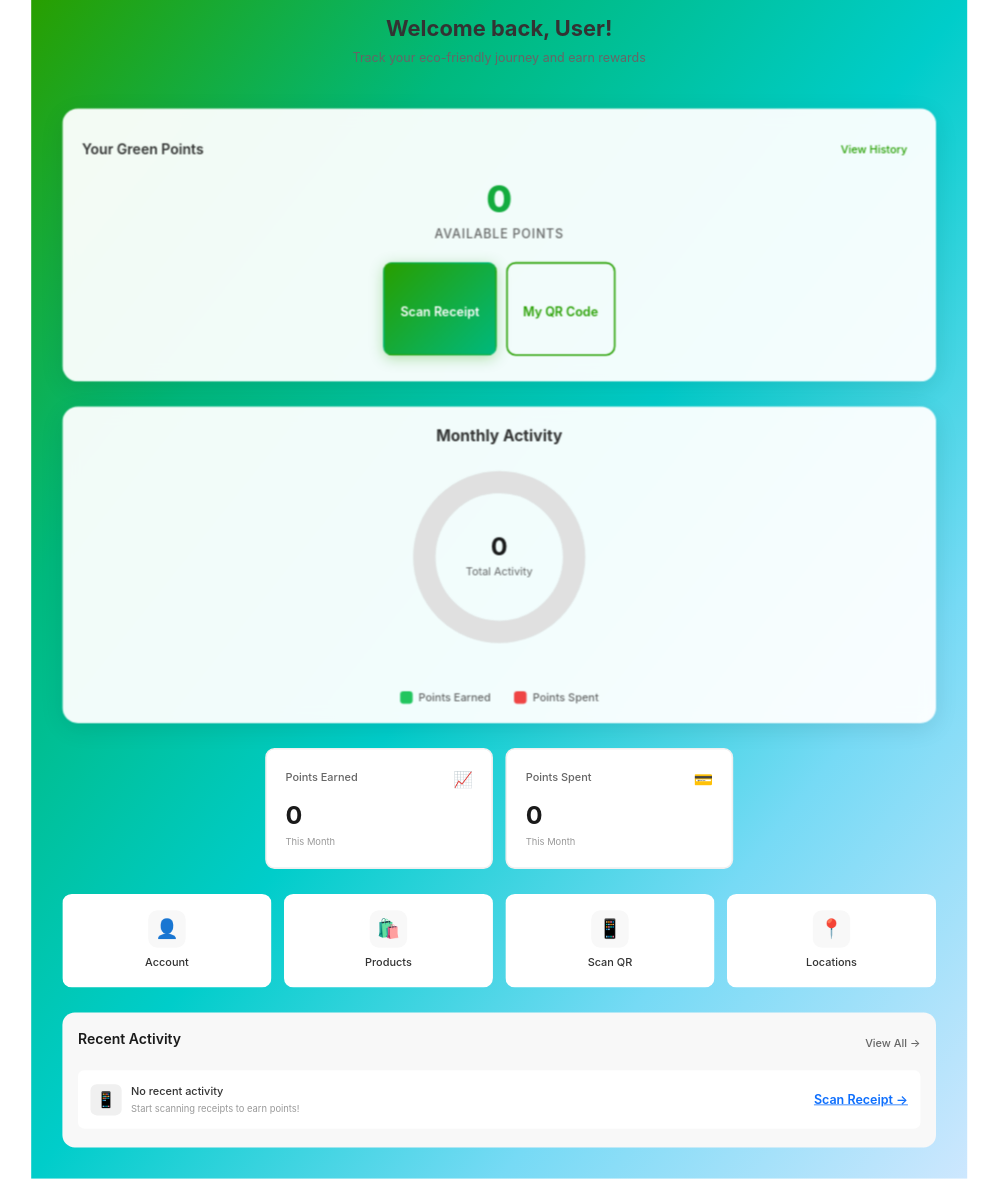
Repository: ManuelRy/GreenCup_Consumer
Page: http://localhost/dashboard
These files come from the project's save history. The page is drawn as it stood at one moment and after the next save; the edit follows.
The browser window is 1280 px wide. The pictures show the whole page, at 78% of full size.
The page is served by the project's Laravel application, run on PHP 8.4 with Laravel 12. A made-up administrator, Test User (test@example.com), is signed in. Queries for data that is not in the repository find no rows.

Above is the page before, as saved 2025-09-07 13:41:11.

After the next save:
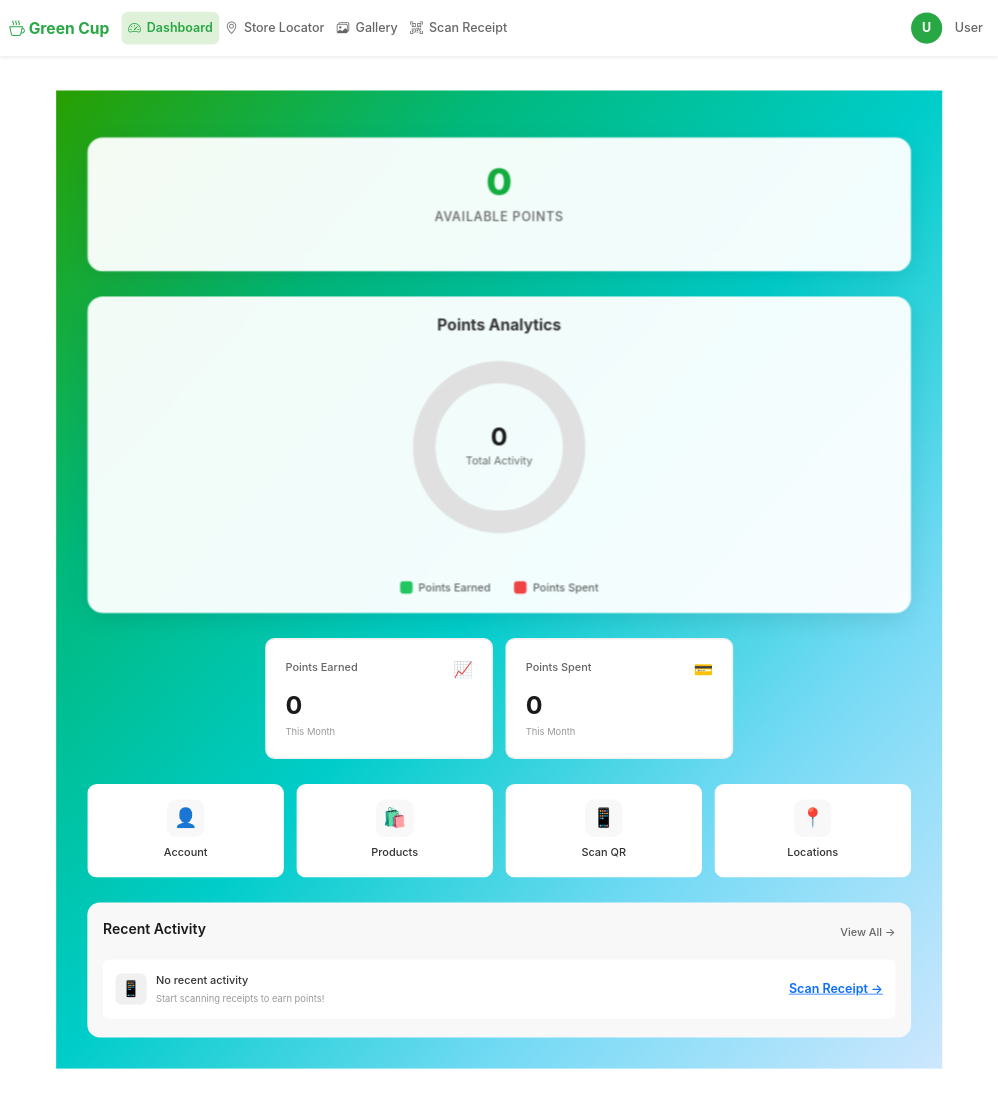
Saved 105 s later.
--- a/resources/views/dashboard.blade.php
+++ b/resources/views/dashboard.blade.php
@@ -1,43 +1,32 @@
-@extends('master')
+@extends('layout.master')
 
 @section('title', 'Dashboard - Green Cup')
 
 @section('content')
+<div class="container-fluid py-4">
 <div class="dashboard-container">
-    <!-- Welcome Section -->
-    <div class="welcome-section">
-        <h1 class="welcome-title">Welcome back, {{ $consumer->full_name ?? 'User' }}!</h1>
-        <p class="welcome-subtitle">Track your eco-friendly journey and earn rewards</p>
-    </div>
+    <!-- Header -->
+    <header class="dashboard-header">
+        <div class="header-content">
+            <h1 class="app-logo">Green Cup</h1>
+            <div class="user-info">
+                <span class="user-name">{{ $consumer->full_name ?? 'User' }}</span>
+                <div class="user-avatar">👤</div>
+            </div>
+        </div>
+    </header>
 
     <!-- Main Content -->
     <main class="main-content">
         <!-- Points Section -->
         <section class="points-section fade-in">
-            <div class="points-header">
-                <h2>Your Green Points</h2>
-                <a href="{{ route('account.transactions') }}" class="view-history">
-                    <i class="fas fa-history"></i>
-                    View History
-                </a>
-            </div>
             <div class="points-value">{{ number_format($availablePoints ?? 1247) }}</div>
             <div class="points-label">Available Points</div>
-            <div class="points-actions">
-                <a href="{{ route('scan.receipt') }}" class="action-btn primary">
-                    <i class="fas fa-qrcode"></i>
-                    Scan Receipt
-                </a>
-                <a href="{{ route('consumer.qr-code') }}" class="action-btn secondary">
-                    <i class="fas fa-id-card"></i>
-                    My QR Code
-                </a>
-            </div>
         </section>
 
         <!-- Analytics Section with Donut Chart -->
         <div class="analytics-container">
-            <h2 class="analytics-title">Monthly Activity</h2>
+            <h2 class="analytics-title">Points Analytics</h2>
 
             <div class="donut-chart-container">
                 @php
